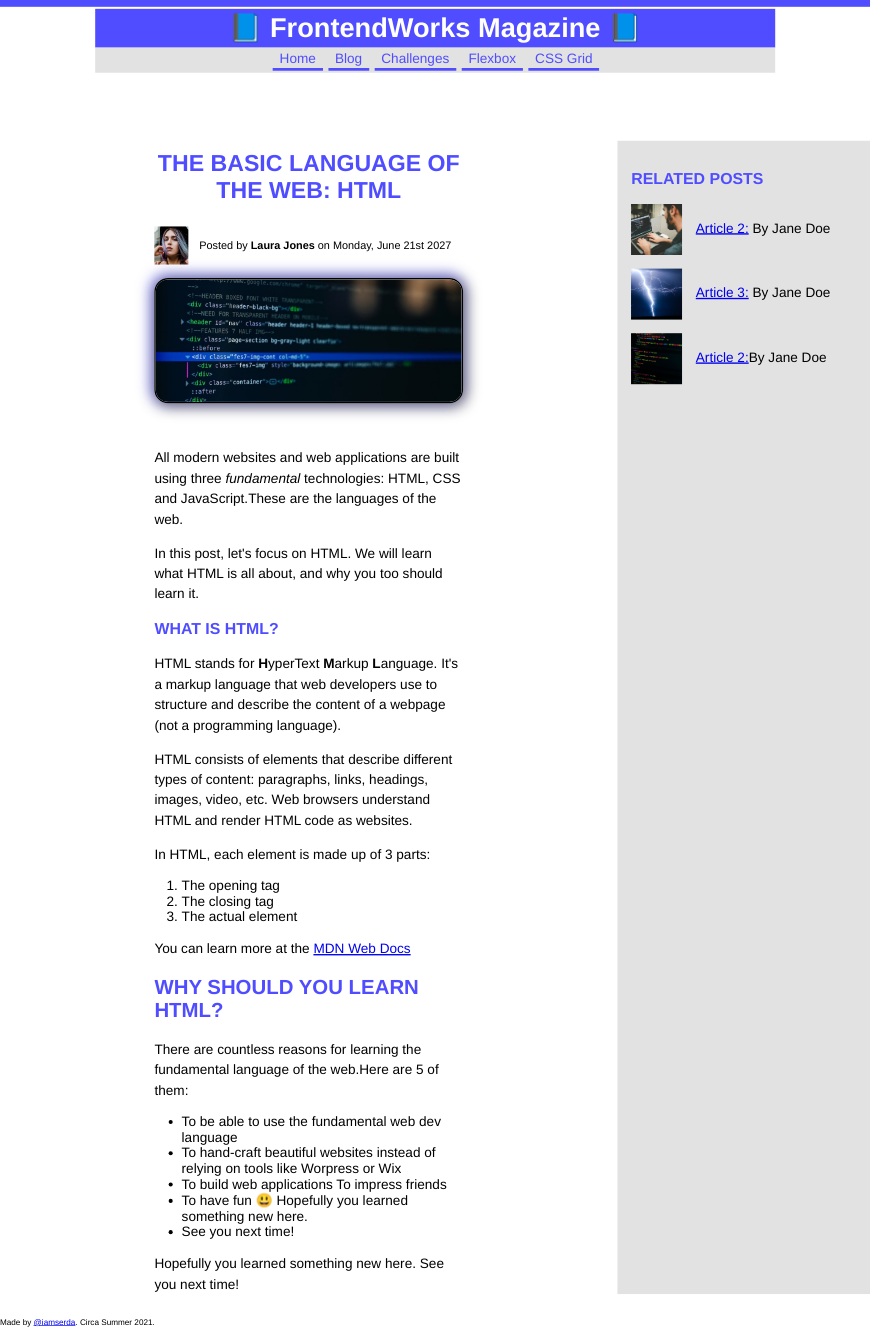
Repository: iamserda/html-css-course
Page: starter/02-HTML-Fundamentals/index.html
The author's editor kept a copy of each file at every save. The page is drawn from the files as they stood at one save, then again after a run of saves.
The browser window is 1280 px wide. The pictures show the whole page, at 68% of full size.

Above is the page before, as saved 2021-07-17 18:03:47.

### starter/02-HTML-Fundamentals/index.html
<!DOCTYPE html>
<html lang="en">

<head>
    <meta charset="UTF-8" />
    <meta http-equiv="X-UA-Compatible" content="IE=edge" />
    <meta name="viewport" content="width=device-width, initial-scale=1.0" />
    <title>HTML Fundamentals by Laura Jones</title>
    <link href="index.css" rel="stylesheet" />
</head>

<body>
    <header>
        <h1 class="brandname">📘 FrontendWorks Magazine 📘</h1>
        <nav>
            <ul>
                <li><a href="index.html">Home</a></li>
                <li><a href="blog/">Blog</a></li>
                <li><a href="challenges/">Challenges</a></li>
                <li><a href="https://css-tricks.com/snippets/css/a-guide-to-flexbox/" target="_blank">Flexbox</a></li>
                <li><a href="https://css-tricks.com/snippets/css/complete-guide-grid/" target="_blank">CSS Grid</a></li>
            </ul>
        </nav>
    </header>
    <main>
        <section>
            <article>
                <header class="article-meta">
                    <h1 class="post-title">The Basic Language of the Web: HTML</h1>
                    <div class="author">
                        <img class="author-pic" src="img/laura-jones.jpg" alt="photo of author laura jones" />
                        <p>Posted by <strong>Laura Jones</strong> on Monday, June 21st 2027</p>
                    </div>
                </header>
                <div class="article-content">
                    <img class="post-image" src="img/post-img.jpg" alt="displaying html code." />
                    <p> All modern websites and web applications are built using three
                        <em>fundamental</em> technologies: HTML, CSS and JavaScript.These are the languages of the web.
                    </p>
                    <p>
                        In this post, let's focus on HTML. We will learn what HTML is all about, and why you too should
                        learn it.
                    </p>

                    <h3>What is HTML?</h3>

                    <p>
                        HTML stands for <b>H</b>yperText <b>M</b>arkup <b>L</b>anguage. It's a markup language that web
                        developers use to structure and describe the content of a webpage (not a programming language).
                    </p>

                    <p>
                        HTML consists of elements that describe different types of content: paragraphs, links, headings,
                        images, video, etc. Web browsers understand HTML and render HTML code as websites.
                    </p>

                    <p>In HTML, each element is made up of 3 parts:</p>
                    <ol>
                        <li>The opening tag</li>
                        <li>The closing tag</li>
                        <li>The actual element</li>
                    </ol>
                    <p>
                        You can learn more at the
                        <a href="https://developer.mozilla.org/en-US/" target="_blank">MDN Web Docs</a>
                    </p>
                    <h2>Why should you learn HTML?</h2>
                    <p>There are countless reasons for learning the fundamental language of the web.Here are 5 of them:
                    </p>
                    <ul>
                        <li>To be able to use the fundamental web dev language</li>
                        <li>To hand-craft beautiful websites instead of relying on tools like Worpress or Wix</li>
                        <li>To build web applications To impress friends</li>
                        <li>To have fun 😃 Hopefully you learned something new here.</li>
                        <li>See you next time!</li>
                    </ul>
                    <p>Hopefully you learned something new here. See you next time!</p>
                </div>
            </article>
        </section>
        <aside>
            <h3>Related Posts</h3>
            <div class="related">
                <img src="img/related-1.jpg" alt="a programmer writing code.">

                <p><a href="#article2">Article 2:</a> By Jane Doe</p>
            </div>
            <div class="related">
                <img src="img/related-2.jpg" alt="a programmer writing code.">
                <p><a href="#article3">Article 3:</a> By Jane Doe</p>
            </div>
            <div class="related">
                <img src="img/related-3.jpg" alt="a programmer writing code.">
                <p><a href="#article4">Article 2:</a>By Jane Doe</p>
            </div>
        </aside>
    </main>
    <footer>
        <p>Made by <a href="https://twitter.com/iamserda">@iamserda</a>. Circa Summer 2021.</p>
    </footer>
</body>

</html>

### starter/02-HTML-Fundamentals/index.css
* {
    box-sizing: border-box;
}

html {
    font-size: 16px;
}

html,
body {
    margin: 0;
    padding: 0;
}

body {
    font-family: Helvetica, Arial, sans-serif;
    font-size: 1.25rem;
}

body>header {
    border-top: 10px solid rgb(80, 77, 255);
    padding-top: 0.125em;
}

body>main {
    margin-top: 4em;
    display: flex;
    flex-flow: row nowrap;
    justify-content: center;

}

h1,
h2,
h3,
h4,
h5,
h6 {
    color: rgb(79, 77, 255);
    text-transform: uppercase;
}

.brandname,
nav {
    width: 100%;
    max-width: 1000px;
    margin: 0 auto;
    margin-left: auto;
    margin-right: auto;
}

.brandname {
    font-size: 2.5rem;
    text-transform: capitalize;
    text-align: center;
    color: white;
    background-color: rgb(79, 77, 255);
    padding: 0.125em 0;
}

p {
    line-height: 1.5;
}

nav {
    margin-top: 0;
    background-color: rgb(226, 226, 226);
}

nav ul {
    padding: 0.125em;
    margin: 0 auto;
    width: fit-content;

}

nav li {
    list-style: none;
    border-bottom: 4px solid rgb(79, 77, 255);
    padding: 0.125em 0.5em;
    margin-left: 0.125em;
    display: inline-block;
    color: rgb(79, 77, 255);
}

nav a {
    display: block;
    text-decoration: none;
    color: inherit;
    width: 100%;
    height: auto;
}

nav li:hover {
    background-color: rgb(79, 77, 255);
    border-bottom: 4px solid white;
    color: white;
}

nav li:hover a {
    color: white;
}

article,
aside {
    width: 50%;
    margin: 1em auto;
}

aside {
    max-width: 500px;
    margin-right: auto;
    background-color: rgb(226, 226, 226);
    padding: 1em;
}

aside>div {
    display: flex;
    flex-flow: row nowrap;
    margin: 1em auto
}

footer p {
    font-size: 0.75rem;
}

.article-meta {
    margin-bottom: 1em;
}

.author {
    display: flex;
    flex-flow: row nowrap;
    width: 100%;
    justify-content: flex-start;
    font-size: 1rem;
}

.related img {
    width: 100%;
    max-width: 75px;
    margin-right: 1em;
}

.post-title {
    color: rgb(79, 77, 255);
    text-align: center;
    font-size: 2.125rem;
}

.post-image {
    width: 100%;
    max-width: 960px;
    height: auto;
    border: 2px solid rgb(0, 0, 0);
    box-shadow: 0 0 18px 2px rgba(0, 0, 0, 0.5);
    box-shadow: 3px 3px 18px 4px rgba(26, 26, 26, 0.507),
        -3px -3px 18px 4px rgba(79, 77, 255, 0.507);
    border-radius: 20px;
    margin-bottom: 2em;
}

.author-pic {
    width: 100%;
    max-width: 50px;
    margin-right: 1em;
}

After the next 2 saves:
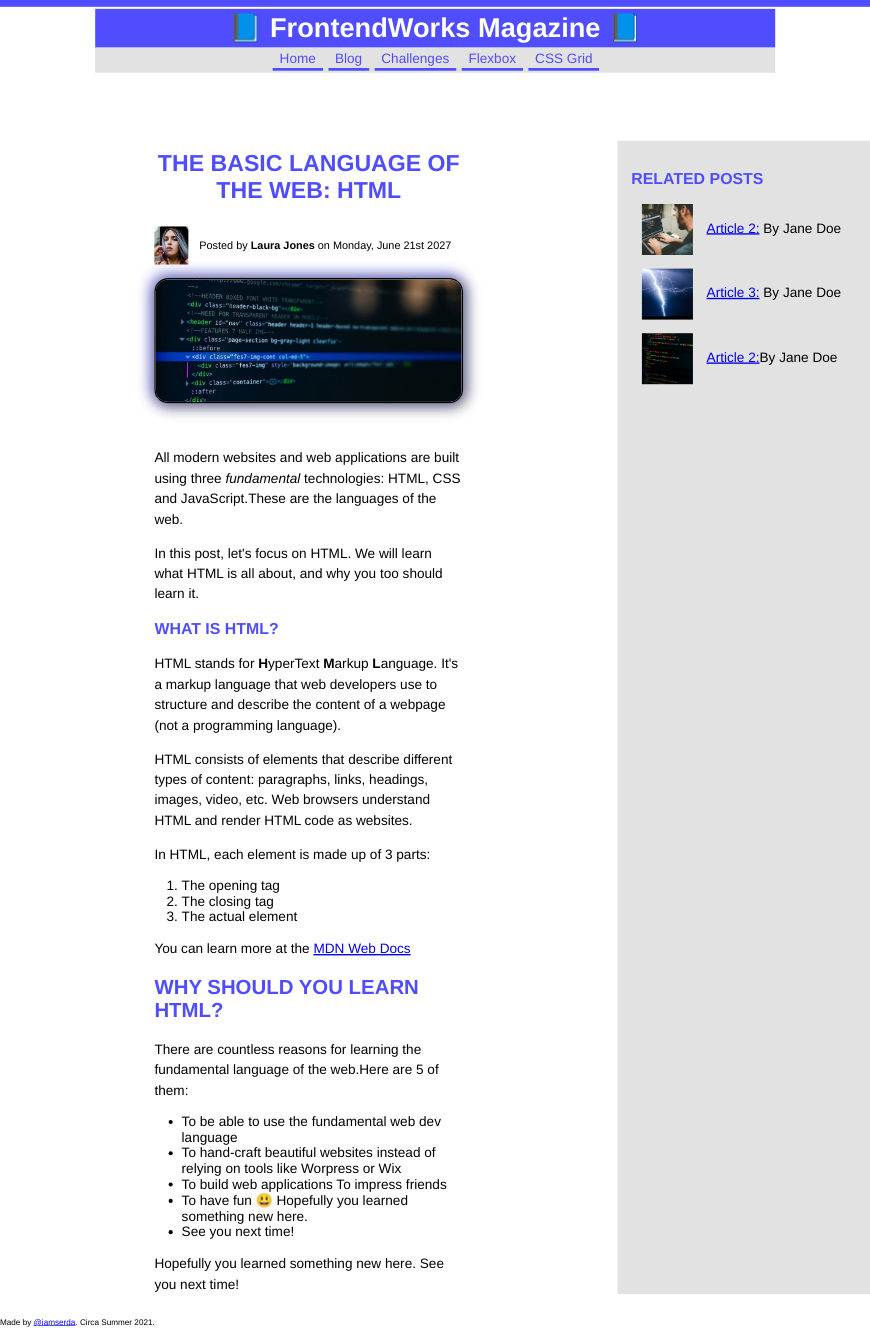
The 2 saves are shown as one change because they came seconds apart.
The last was saved 53 s later.
--- a/starter/02-HTML-Fundamentals/index.css
+++ b/starter/02-HTML-Fundamentals/index.css
@@ -136,6 +136,10 @@ footer p {
     font-size: 1rem;
 }
 
+.related {
+    max-width: 300px;
+}
+
 .related img {
     width: 100%;
     max-width: 75px;
